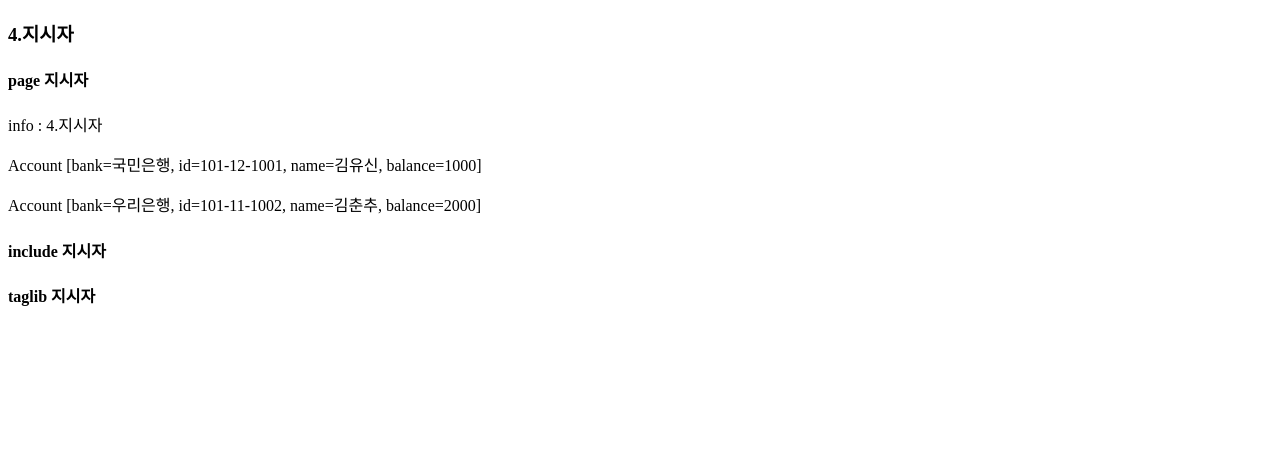
Repository: 123rhkddms2/JSP
Page: http://localhost/ch02/4.지시자.jsp
These files come from the project's save history. The page is drawn as it stood at one moment and after the next save; the edit follows.
The browser window is 1280 px wide. The pictures show the whole page.
The page is served by Tomcat 9.

Above is the page before, as saved 2024-01-29 02:29:27.

After the next save:
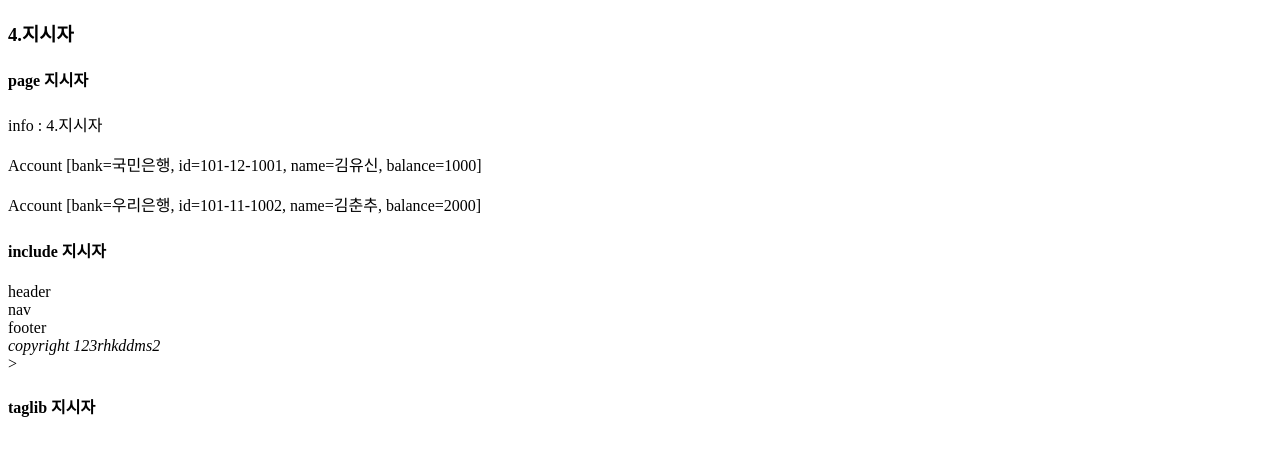
Saved 1 s later.
--- a/ch02/src/main/webapp/4.지시자.jsp
+++ b/ch02/src/main/webapp/4.지시자.jsp
@@ -29,6 +29,8 @@
 
 
 		<h4>include 지시자</h4>
+		<%@ include file="./inc/_header.jsp" %>
+		<%@ include file="./inc/_footer.jsp" %>
 
 
 		<h4>taglib 지시자</h4>
